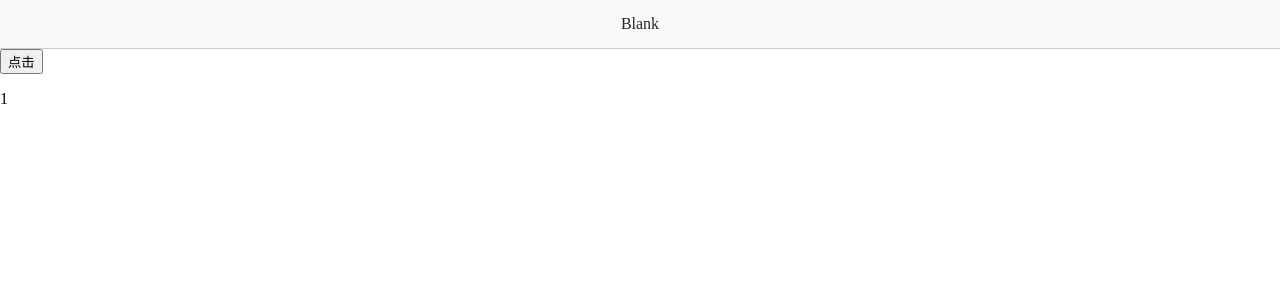
Repository: andycj7/-
Page: web/test2/index.html
The author's editor kept a copy of each file at every save. The page is drawn from the files as they stood at one save, then again after the next save.
The browser window is 1280 px wide. The pictures show the whole page.
After loading, the first visible `#b_1` was clicked once.

Above is the page before, as saved 2020-07-15 01:28:49.

After the next save:
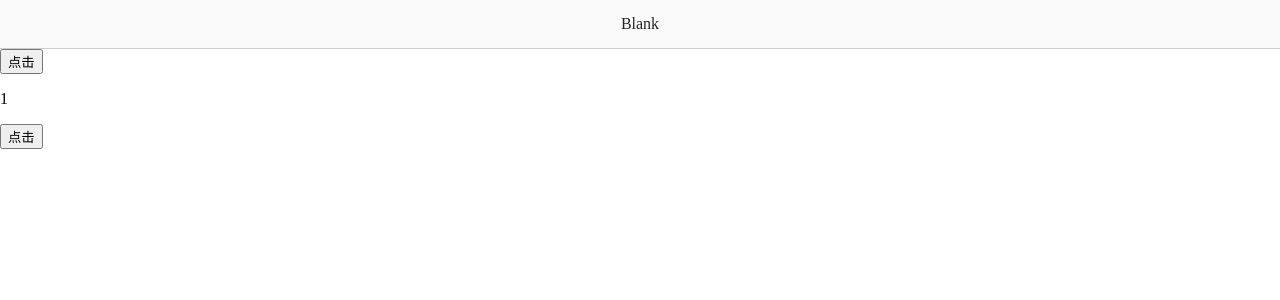
Saved 81 s later.
--- a/web/test2/index.html
+++ b/web/test2/index.html
@@ -21,7 +21,8 @@ function add(){
 	document.createElement("br");
 	var button_2 = document.createElement("button");
 	button_2.innerHTML = "点击";
-	button_2.class = "b1";
+	var bd_1 = document.getElementById("bd_1");
+	bd_1.appendChild(button_2);
 
 }
 
